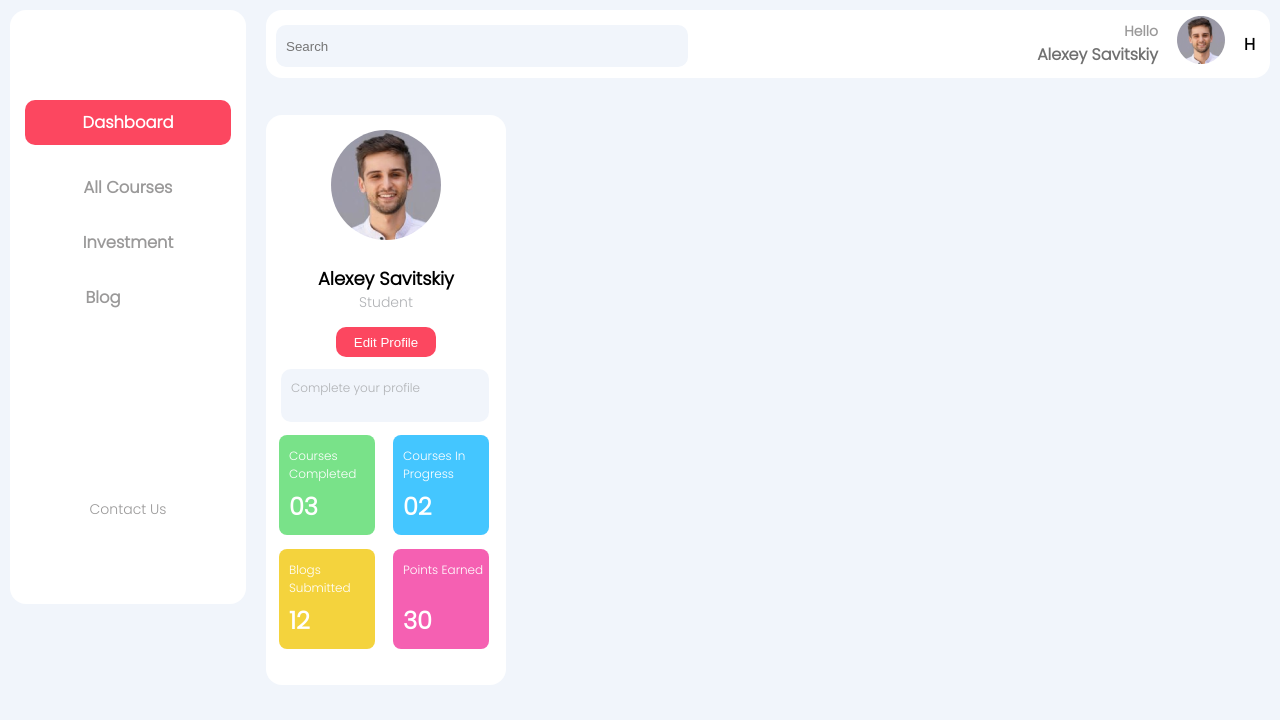
Repository: Anuruddha00/dashboard-design
Page: /
An editor plug-in stored every save of this project. The page is shown before and after the next save, followed by the edit.
The browser window is 1280 px wide. The pictures show the whole page.
The project was rebuilt for these pictures with package versions that can differ from the ones it lists, and the page was loaded fresh each time.

Above is the page before, as saved 2021-05-07 14:54:53.

### public/index.html
<!DOCTYPE html>
<html lang="en">
  <head>
    <meta charset="utf-8" />
    <link rel="icon" href="%PUBLIC_URL%/favicon.ico" />
    <meta name="viewport" content="width=device-width, initial-scale=1" />
    <meta name="theme-color" content="#000000" />
    <meta
      name="description"
      content="Web site created using create-react-app"
    />
    <link rel="apple-touch-icon" href="%PUBLIC_URL%/logo192.png" />

    <link rel="preconnect" href="https://fonts.gstatic.com">
    <link href="https://fonts.googleapis.com/css2?family=Poppins:wght@300&display=swap" rel="stylesheet">

    <!--
      manifest.json provides metadata used when your web app is installed on a
      user's mobile device or desktop. See https://developers.google.com/web/fundamentals/web-app-manifest/
    -->
    <link rel="manifest" href="%PUBLIC_URL%/manifest.json" />
    <!--
      Notice the use of %PUBLIC_URL% in the tags above.
      It will be replaced with the URL of the `public` folder during the build.
      Only files inside the `public` folder can be referenced from the HTML.

      Unlike "/favicon.ico" or "favicon.ico", "%PUBLIC_URL%/favicon.ico" will
      work correctly both with client-side routing and a non-root public URL.
      Learn how to configure a non-root public URL by running `npm run build`.
    -->
    <title>React App</title>
  </head>
  <body>
    <noscript>You need to enable JavaScript to run this app.</noscript>
    <div id="root"></div>
    <!--
      This HTML file is a template.
      If you open it directly in the browser, you will see an empty page.

      You can add webfonts, meta tags, or analytics to this file.
      The build step will place the bundled scripts into the <body> tag.

      To begin the development, run `npm start` or `yarn start`.
      To create a production bundle, use `npm run build` or `yarn build`.
    -->
  </body>
</html>

### src/index.js
import React from 'react';
import ReactDOM from 'react-dom';
import Dashboard from './containers/Dashboard/Dashboard';
import reportWebVitals from './reportWebVitals';

ReactDOM.render(
  <React.StrictMode>
    <Dashboard />
  </React.StrictMode>,
  document.getElementById('root')
);

// If you want to start measuring performance in your app, pass a function
// to log results (for example: reportWebVitals(console.log))
// or send to an analytics endpoint. Learn more: https://bit.ly/CRA-vitals
reportWebVitals();

### src/containers/Dashboard/Dashboard.js
import React from 'react';
import './Dashboard.scss';

const dashboard = () =>{

    return(
        <div className='container'>
            <div className='dashboard'>
                <div className='dashboardSideBar'>
                   <div className='dashboardSideBarTitle'>
                        <h3 className='dashboardSideBarTitleDashboard'>Dashboard</h3>
                        <h3 className='dashboardSideBarTitleCourses'>All Courses</h3>
                        <h3 className='dashboardSideBarTitleInvestment'>Investment</h3>
                        <h3 className='dashboardSideBarTitleBlog'>Blog</h3>
                   </div>
                   <div className='dashboardSideBarContact'>
                        <p>Contact Us</p>
                   </div>
                </div>
                <div className='dashboardMenu'>
                    <section className='content'>
                        <nav className='contentNavbar'>
                            <div className='contentNavbarSearch'>
                                <form>
                                    <input type='text' placeholder='Search'/>
                                </form>
                            </div>
                            <div className='contentNavbarProfile'>
                                <div className='contentNavbarProfileName'>
                                    <h3>Hello</h3>
                                    <h2>Alexey Savitskiy</h2>
                                </div>
                                <img src='./assets/Image 9.png'/>
                                <h1>H</h1>
                            </div>
                        </nav>
                        <div className='contentBody'>
                            <section className='details'>
                                <div className='detailsAbout'>
                                    <div className='detailsAboutProfile'>
                                        <img src='./assets/Image 12.png'/>
                                        <h3>Alexey Savitskiy</h3>
                                        <p>Student</p>
                                        <button>Edit Profile</button>
                                    </div>
                                    <div className='detailsAboutComplete'>
                                        <p>Complete your profile</p>
                                    </div>
                                    <div className='detailsAboutProgress'>
                                        <div className='detailsAboutProgressCompleted'>
                                            <p>Courses Completed</p>
                                            <h1>03</h1>
                                        </div>
                                        <div className='detailsAboutProgressContinue'>
                                            <p>Courses In Progress</p>
                                            <h1>02</h1>
                                        </div>
                                        <div className='detailsAboutProgressBlogs'>
                                            <p>Blogs Submitted</p>
                                            <h1>12</h1>
                                        </div>
                                        <div className='detailsAboutProgressPoints'>
                                            <p>Points Earned</p>
                                            <h1>30</h1>
                                        </div>
                                    </div>
                                </div>
                            </section>
                        </div>
                   </section>
                </div>
            </div>
        </div>
    )

}
export default dashboard;

### src/containers/Dashboard/Dashboard.scss

body{
    margin: 0;
    padding: 0;
    font-size: 0.875rem;
    font-family: 'Poppins', sans-serif;

}

.container{
    background: #f1f5fb;
    height: 100vh;

    .dashboard{
        display: grid;
        grid-template-columns: 1fr 4fr;
        grid-auto-rows: minmax(100px, auto);

        &SideBar{
            grid-column: 1;
            grid-row: 1 / 5;
            padding-bottom: 70px;
            border-radius: 16px;
            background: #ffffff;
            margin: 10px;

            &Title{
                margin-top: 90px;
                font-size: 14px;

                &Dashboard{
                    background:#fc4760;
                    border-radius: 10px;
                    text-align: center;
                    padding: 10px 10px 10px 10px;
                    margin: 10px 15px 10px 15px;
                    color: #ffffff;

                }
                &Courses{
                    text-align: center;
                    margin-top: 30px;
                    color: #9a9999;
                }
                &Investment{
                    text-align: center;
                    margin-top: 30px;
                    color: #9a9999;
                }
                &Blog{
                    text-align: center;
                    margin-top: 30px;
                    margin-right: 50px;
                    color: #9a9999;
                }
            }
            &Contact{
                margin-top: 80%;

                p{
                    text-align: center;
                    color: #9a9999;
                    font-size: 14px;
                }

            }
        }
        &Menu{
            // border: 1px solid red;
            grid-column: 2;
            grid-row: 1 / 6;
            margin: 10px;

            .content{
                display: grid;
                grid-template-rows:1fr 6fr ;
                gap:10px;

                &Navbar{
                    display: grid;
                    grid-template-columns: 1fr 1fr;

                    background: #ffffff;
                    border-radius: 16px;
                    height: 68px;

                    &Search{

                        input{
                            background: #f1f5fb;
                            border-style: none;
                            padding-left: 10px;
                            width: 400px;
                            height: 40px;
                            margin: 15px 0 0 10px;
                            border-radius: 10px;

                        }
                    }
                    &Profile{
                        display: flex;
                        flex-direction: row;
                        justify-content: flex-end;
                        gap: 1em;
                        margin-right: 15px;
                        align-items: center;
                        height: 68px;

                        &Name{
                            text-align: end;
                            margin-top: 0;

                            h3{
                                color: #9a9999;
                                margin: 0;
                                font-size: 14px;
                            }
                            h2{
                                margin: 0;
                                font-size: 16px;
                                color: #707070;
                            }
                        }
                    }
                }
                &Body{
                    display: grid;
                    grid-template-columns: 2fr 4fr 3fr;


                    .details{
                        border-radius: 16px;
                        background: #ffffff;


                        &About{
                            height:555px;
                            width: 240px;

                            &Profile{
                                text-align: center;
                                margin-top: 15px;


                                h3{
                                    font-size: 18px;
                                    margin: 0;
                                }
                                p{
                                    color: #b0b2b5;
                                    margin-top: 0;
                                }
                                button{
                                    border-style: none;
                                    border-radius: 10px;
                                    width: 100px;
                                    height: 30px;
                                    color: #ffffff;
                                    background: #fc4760;

                                }
                            }
                            &Complete{
                                background: #f1f5fb;
                                border-radius: 10px;
                                color: #b0b2b5;
                                height: 53px;
                                width: 208px;
                                font-size: 12px;
                                margin-left: 15px;

                                p{
                                    padding-left: 10px;
                                    padding-top: 10px;
                                }
                            }
                            &Progress{
                                display: grid;
                                grid-template-columns: 1fr 1fr;
                                margin: 13px;
                                gap: 1em;
                                color: #ffffff;

                                p{
                                    font-size: 12px;
                                    padding-left: 10px;
                                }


                                &Completed{
                                    background: #79e289;
                                    border-radius: 8px;
                                    width: 96px;
                                    height: 100px;
                                    position: relative;

                                    h1{
                                        font-size: 24px;
                                        position: absolute;
                                        left: 10px;
                                        top: 30px;
                                    }

                                }
                                &Continue{
                                    background:  #44c6ff;
                                    border-radius: 8px;
                                    width: 96px;
                                    height: 100px;
                                    position: relative;

                                    h1{
                                        font-size: 24px;
                                        position: absolute;
                                        left: 10px;
                                        top: 30px;
                                    }

                                }
                                &Blogs{
                                    background:  #f4d33d;
                                    border-radius: 8px;
                                    width: 96px;
                                    height: 100px;
                                    position: relative;

                                    h1{
                                        font-size: 24px;
                                        position: absolute;
                                        left: 10px;
                                        top: 30px;
                                    }
                                }
                                &Points{
                                    background: #f560b2;
                                    border-radius: 8px;
                                    width: 96px;
                                    height: 100px;
                                    position: relative;

                                    h1{
                                        font-size: 24px;
                                        position: absolute;
                                        left: 10px;
                                        top: 30px;
                                    }

                                }

                            }
                        }
                    }
                }
            }
        }
    }
}

Loaded but not shown: src/reportWebVitals.js (common file)

After the next save:
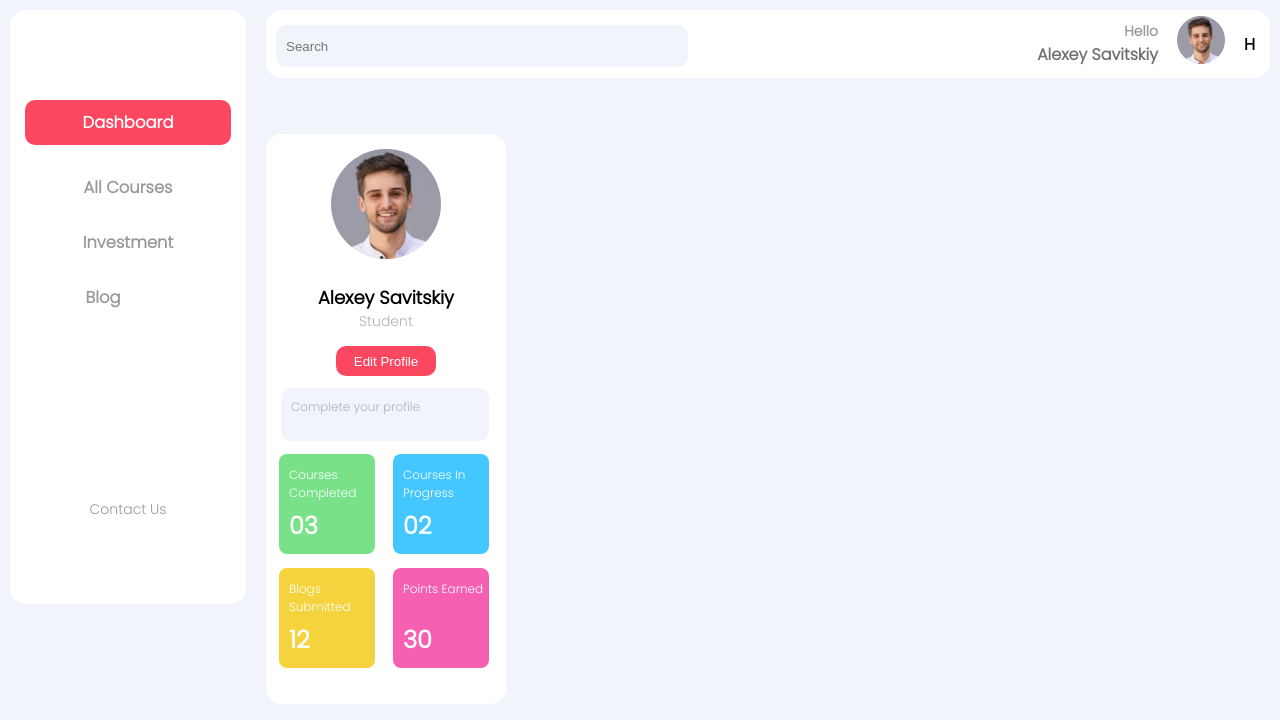
Saved 10 s later.
--- a/src/containers/Dashboard/Dashboard.scss
+++ b/src/containers/Dashboard/Dashboard.scss
@@ -73,7 +73,7 @@ body{
 
             .content{
                 display: grid;
-                grid-template-rows:1fr 6fr ;
+                grid-template-rows:1fr 5fr ;
                 gap:10px;
 
                 &Navbar{
